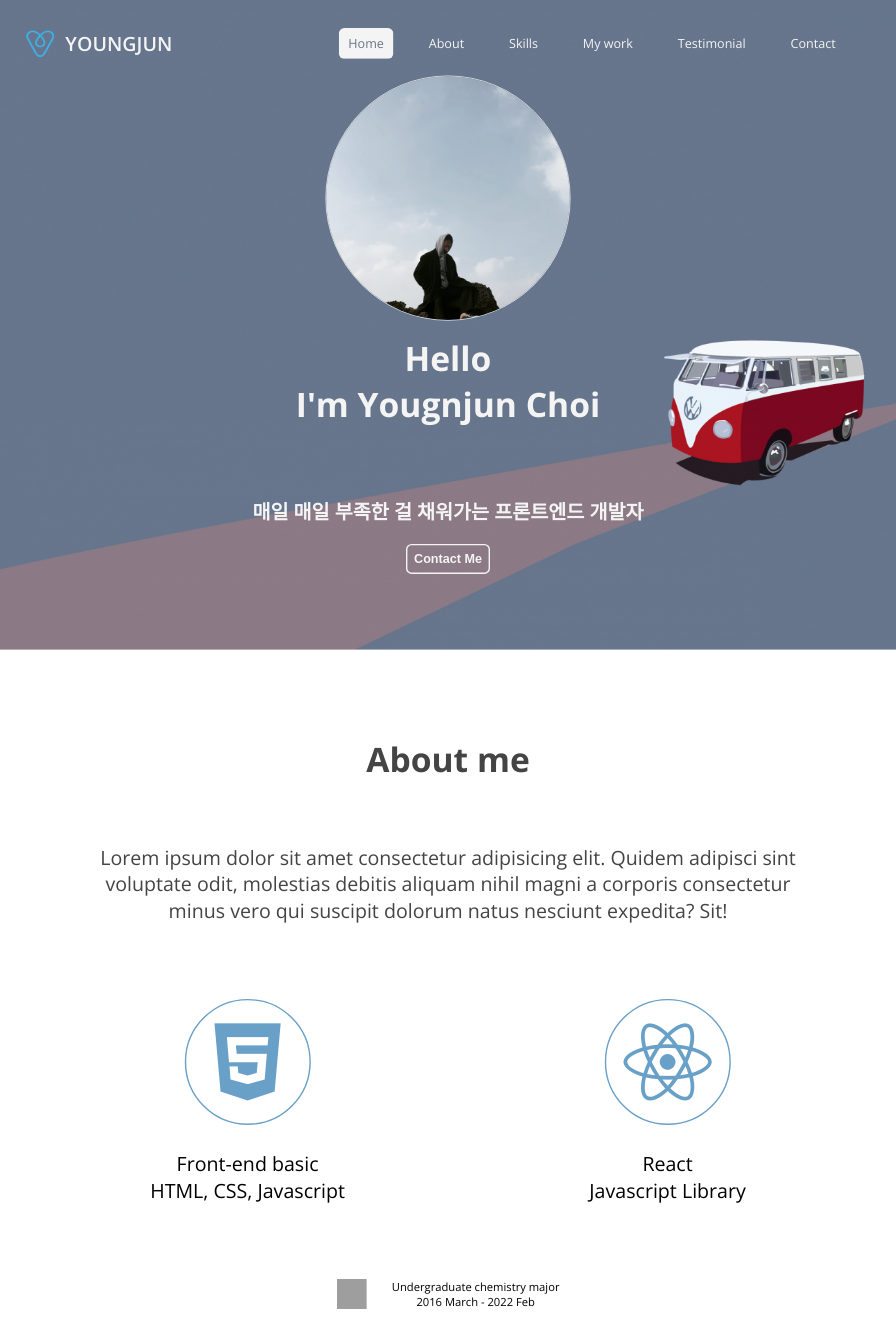
Repository: choi2021/portfolio-vanillaJS
Page: index.html
An editor plug-in stored every save of this project. The page is shown before and after the next save, followed by the edit.
The browser window is 1280 px wide. The pictures show the part of the page from y = 0 to 1920 px (the page is 5636 px tall), at 70% of full size.
Pictures or frames that could not be fetched are drawn as grey boxes. Some web libraries are served in a nearby version.

Above is the page before, as saved 2022-01-08 16:54:35.

### index.html
<!DOCTYPE html>
<html lang="en">

<head>
  <meta charset="UTF-8">
  <meta http-equiv="X-UA-Compatible" content="IE=edge">
  <meta name="viewport" content="width=device-width, initial-scale=1.0">
  <title>Youngjun's Portfolio</title>
  <meta name="description" content="Front-end developer Youngjun">
  <meta name="author" content="Youngjun ">
  <link rel="icon" href="public/favicon.png" type="public/png">
  <link rel="stylesheet" href="style.css">
  <script src="main.js" defer></script>
  <script src="https://kit.fontawesome.com/a6a726722e.js" crossorigin="anonymous"></script>
  <link href="https://fonts.googleapis.com/css2?family=Open+Sans:wght@400;600;700&display=swap" rel="stylesheet">
</head>

<body>
  <!-- Navbar -->
  <nav class="navbar">
    <div class="navbar__logo">
      <img src="public/favicon.png" alt="logo">
      <a href="#">YOUNGJUN</a>
    </div>
    <ul class="navbar__menu">
      <li class="navbar__menu__item active" data-section=".home">Home</li>
      <li class="navbar__menu__item" data-section=".about">About</li>
      <li class="navbar__menu__item" data-section=".skills">Skills</li>
      <li class="navbar__menu__item" data-section=".work">My work</li>
      <li class="navbar__menu__item" data-section=".testimonials">Testimonial</li>
      <li class="navbar__menu__item" data-section=".contact">Contact</li>
    </ul>
    <button class="navbar__toggleBtn">
      <i class="fas fa-bars"></i>
    </button>
  </nav>
  <!-- Home -->
  <section class="home">
    <img class="home__avatar" src="public/profile.jpg" alt="home-img">
    <h1 class="title">Hello <br> I'm Yougnjun Choi</h1>
    <h3 class="description">매일 매일 부족한 걸 채워가는 프론트엔드 개발자</h3>
    <button class="home__contact">contact me</button>
  </section>
  <!-- About -->
  <section class="about section">
    <div class="section__container">
      <h1 class="title">About me</h1>
      <p class="description">Lorem ipsum dolor sit amet consectetur adipisicing elit. Quidem adipisci sint voluptate
        odit, molestias debitis aliquam nihil magni a corporis consectetur minus vero qui suscipit dolorum natus
        nesciunt
        expedita? Sit!</p>
      <ul class="about__stacks">
        <li class="stack">
          <div class="stack__icon">
            <i class="fab fa-html5"></i>
          </div>
          <div class="stack__title">Front-end basic</div>
          <div class="stack__description">HTML, CSS, Javascript</div>
        </li>
        <li class="stack">
          <div class="stack__icon">
            <i class="fab fa-react"></i>
          </div>
          <div class="stack__title">React</div>
          <div class="stack__description">Javascript Library</div>
        </li>
      </ul>
      <div class="about__experience">
        <img src="public/gist_logo.jpg" alt="">
        <div class="experience__description">
          <div class="experience__name">Undergraduate chemistry major</div>
          <div class="experience__term">2016 March - 2022 Feb</div>
        </div>
      </div>
    </div>
  </section>
  <!-- Skills -->
  <section class="skills section">
    <div class="section__container">
      <h1 class="title">Skills</h1>
      <h2 class="sub_title">Skills & Attributes</h2>
      <p class="description">Lorem ipsum dolor sit amet, consectetur adipisicing elit. Harum cupiditate magnam modi
        eius? Soluta,
        quidem sed dicta animi maiores nemo laudantium dolores aliquam, molestias suscipit id accusantium unde
        temporibus
        nostrum.</p>
      <div class="skillset">
        <div class="skillset__left">
          <h3 class="skillset__title">Skills</h3>
          <div class="skill">
            <div class="skill__description">
              <span class="description__name">HTML</span>
              <span class="description__figure">80%</span>
            </div>
            <div class="skill__bar">
              <div class="skill__value" style="width: 80%"></div>
            </div>
          </div>
          <div class="skill">
            <div class="skill__description">
              <span class="description__name">CSS</span>
              <span class="description__figure">60%</span>
            </div>
            <div class="skill__bar">
              <div class="skill__value" style="width: 60%"></div>
            </div>
          </div>
          <div class="skill">
            <div class="skill__description">
              <span class="description__name">Javascript</span>
              <span class="description__figure">40%</span>
            </div>
            <div class="skill__bar">
              <div class="skill__value" style="width: 40%"></div>
            </div>
          </div>
          <div class="skill">
            <div class="skill__description">
              <span class="description__name">React</span>
              <span class="description__figure">10%</span>
            </div>
            <div class="skill__bar">
              <div class="skill__value" style="width:10%"></div>
            </div>
          </div>
        </div>
        <div class="skillset__right">
          <section class="tools">
            <h3 class="tools__title">Tools</h3>
            <ul class="tools__list">
              <li>
                <span>Visual Studio</span>
              </li>
            </ul>
          </section>
          <section class="etc">
            <h3 class="skillset__title">Etc</h3>
            <ul class="etc__list">
              <li>
                <span>Git</span>
              </li>
            </ul>
          </section>
        </div>
      </div>
    </div>
  </section>
  <section class="work section">
    <div class="section__container">
      <h1 class="title">My Work</h1>
      <h2 class="description">Projects</h2>
      <div class="work__categories">
        <button class="category__btn active">
          All
          <span class="category__count">8</span>
        </button>
        <button class="category__btn">HTML+CSS<span class="category__count">3</span></button>
        <button class="category__btn">HTML+CSS+Javascript<span class="category__count">3</span></button>
        <button class="category__btn">React<span class="category__count">2</span></button>
      </div>
      <div class="work__projects">
        <a href="#" class="project">
          <img src="public/background.jpg" alt="">
          <div class="project__description">
            <h3>Youtube UI</h3>
            <span>Clone coding with HTML and CSS</span>
          </div>
        </a>
        <a href="#" class="project">
          <img src="public/background.jpg" alt="">
          <div class="project__description">
            <h3>Youtube UI</h3>
            <span>Clone coding with HTML and CSS</span>
          </div>
        </a>
        <a href="#" class="project">
          <img src="public/background.jpg" alt="">
          <div class="project__description">
            <h3>Youtube UI</h3>
            <span>Clone coding with HTML and CSS</span>
          </div>
        </a>
        <a href="#" class="project">
          <img src="public/background.jpg" alt="">
          <div class="project__description">
            <h3>Youtube UI</h3>
            <span>Clone coding with HTML and CSS</span>
          </div>
        </a>
        <a href="#" class="project">
          <img src="public/background.jpg" alt="">
          <div class="project__description">
            <h3>Youtube UI</h3>
            <span>Clone coding with HTML and CSS</span>
          </div>
        </a>
        <a href="#" class="project">
          <img src="public/background.jpg" alt="">
          <div class="project__description">
            <h3>Youtube UI</h3>
            <span>Clone coding with HTML and CSS</span>
          </div>
        </a>
        <a href="#" class="project">
          <img src="public/background.jpg" alt="">
          <div class="project__description">
            <h3>Youtube UI</h3>
            <span>Clone coding with HTML and CSS</span>
          </div>
        </a>
        <a href="#" class="project">
          <img src="public/background.jpg" alt="">
          <div class="project__description">
            <h3>Youtube UI</h3>
            <span>Clone coding with HTML and CSS</span>
          </div>
        </a>
      </div>
    </div>
  </section>
  <section class="testimonials section">
    <div class="section__container">
      <h1 class="title">Testimonials</h1>
      <h2 class="description">See what they say about me</h2>
      <div class="testimonialset">
        <div class="testimonial">
          <img class="testimonial__avatar" src="public/background2.jpg" alt="">
          <div class="testimonial__speech-bubble">
            <span>Lorem ipsum dolor sit amet consectetur adipisicing elit. Minus tenetur in minima voluptatum! Accusamus
              suscipit laborum corrupti quidem fuga ratione doloremque. Fugiat porro sapiente sed suscipit delectus
              animi
              harum officia!</span>
            <div class="name-and-company">
              <span class="name"><a href="#"> Ellie</a></span>
              <span class="companay">TigerSpike</span>
            </div>
          </div>
        </div>
        <div class="testimonial">
          <div class="section__container"></div>
          <div class="testimonial__speech-bubble">
            <span>Lorem ipsum dolor sit amet consectetur adipisicing elit. Minus tenetur in minima voluptatum! Accusamus
              suscipit laborum corrupti quidem fuga ratione doloremque. Fugiat porro sapiente sed suscipit delectus
              animi
              harum officia!</span>
            <div class="name-and-company">
              <span class="name"><a href="#"> Ellie</a></span>
              <span class="companay">TigerSpike</span>
            </div>
          </div>
          <img class="testimonial__avatar" src="public/background2.jpg" alt="">
        </div>
      </div>
    </div>

  </section>
  <section class="contact section">
    <h1 class="title">Let's Talk</h1>
    <h2 class="contact__email">juni2004c@gmail.com</h2>
    <div class="contact__links">
      <a href="#">
        <i class="fab fa-github"></i>
      </a>
    </div>
    <p class="contact__rights">2022 Youngjun Choi- All rights reserved</p>
  </section>
  <button class="upBtn">
    <i class="far fa-hand-pointer"></i>
  </button>
</body>

</html>

### main.js
"use strict";

// navbar background color
const navbar = document.querySelector(".navbar");
const navbarInfo = navbar.getBoundingClientRect();
console.log(navbarInfo.height);

document.addEventListener("scroll", (e) => {
  if (window.scrollY > navbarInfo.height) {
    navbar.classList.add("withBGColor");
  } else {
    navbar.classList.remove("withBGColor");
  }
});

function scrollIntoView(selector) {
  const scrollTo = document.querySelector(selector);
  scrollTo.scrollIntoView({ behavior: "smooth" });
}

// scroll to the section

function activeControl(target) {
  const activated = document.querySelector(".navbar__menu__item.active");
  activated.classList.remove("active");
  target.classList.add("active");
}

const menu = document.querySelector(".navbar__menu");
menu.addEventListener("click", (e) => {
  const dataset = e.target.dataset;
  const section = dataset.section;
  if (section === undefined) {
    return;
  }
  activeControl(e.target);
  scrollIntoView(section);
});

// Handle click on contact button on home

const contactBtn = document.querySelector(".home__contact");
contactBtn.addEventListener("click", () => {
  scrollIntoView(".contact");
});

// make home fade to transparent as the window scrolls down
const home = document.querySelector(".home");
const homeHeight = home.getBoundingClientRect().height;
document.addEventListener("scroll", () => {
  const ratio = 1 - window.scrollY / homeHeight;
  if (ratio < 0) {
    home.style.opacity = 0;
  } else if (ratio >= 0.5) {
    home.style.opacity = 1;
  } else {
    home.style.opacity = 1 - window.scrollY / homeHeight;
  }
});

Loaded but not shown: style.css (668 lines, source omitted)

After the next save:
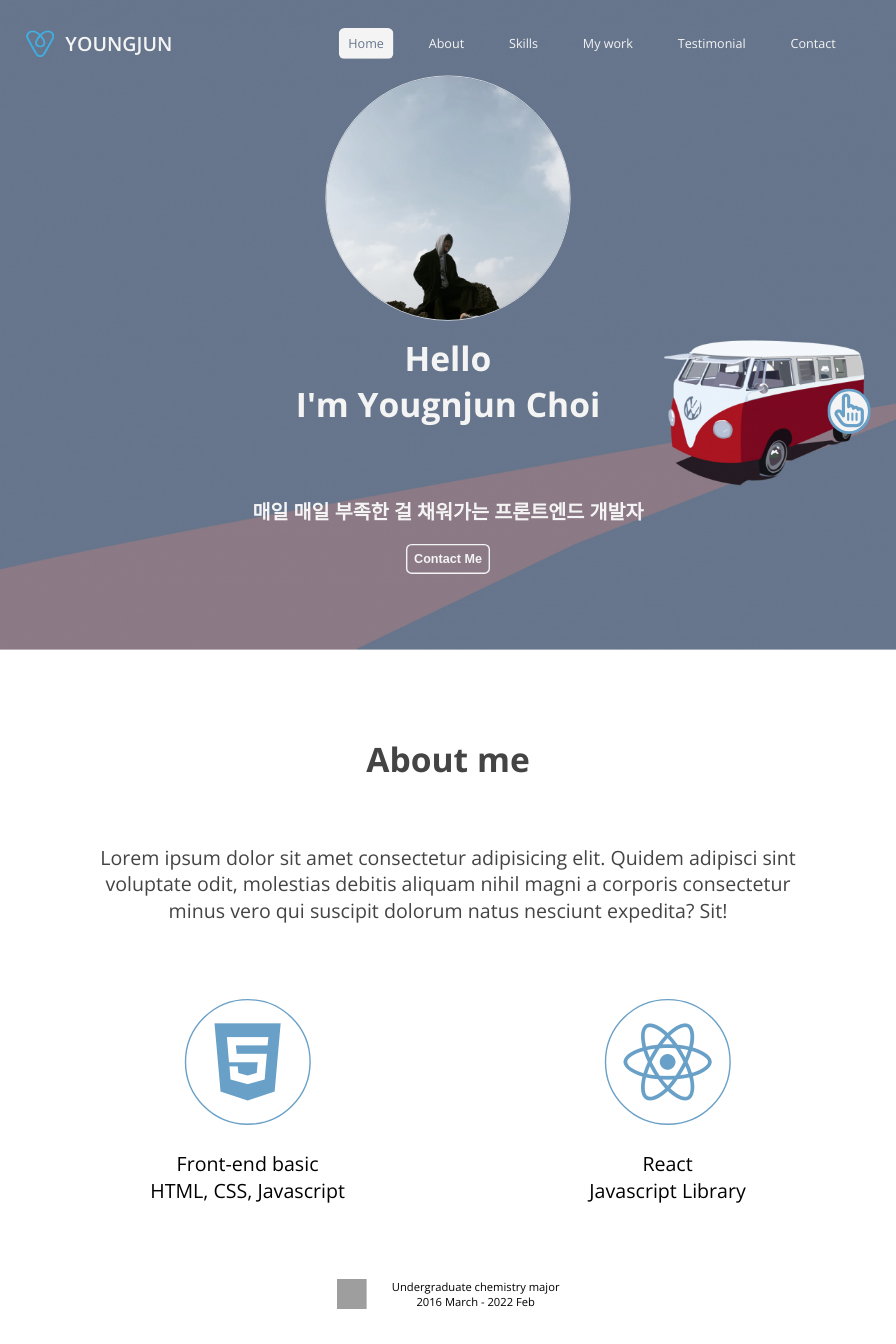
Saved 2 min 14 s later.
--- a/main.js
+++ b/main.js
@@ -55,5 +55,11 @@ document.addEventListener("scroll", () => {
     home.style.opacity = 1;
   } else {
     home.style.opacity = 1 - window.scrollY / homeHeight;
+    upBtn.classList.add("active");
   }
 });
+
+// upBtn added
+
+const upBtn = document.querySelector(".upBtn");
+upBtn.addEventListener("click", () => {});
